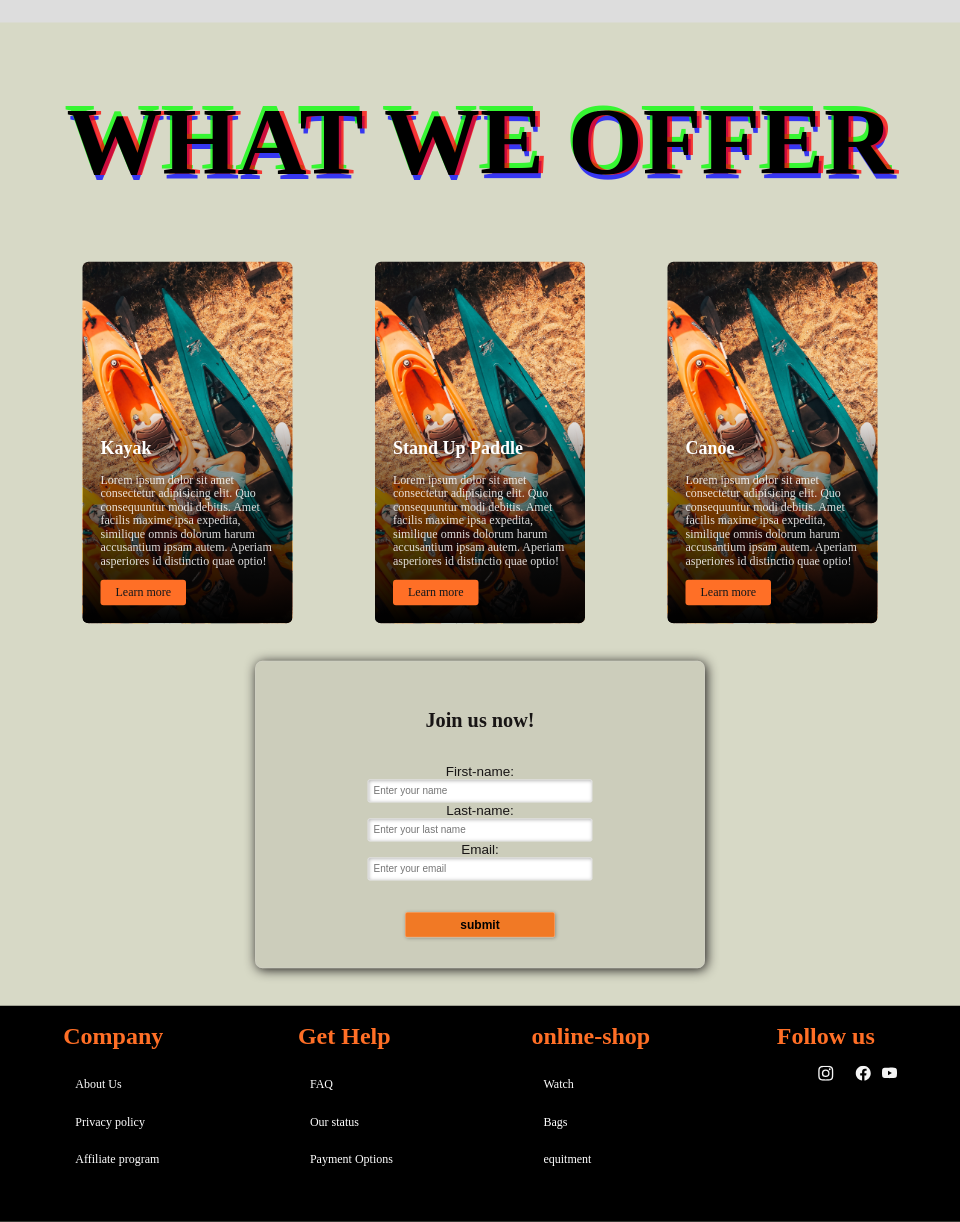
Repository: joseluis2289/Responsive-club-website
Page: index.html
These files come from the project's save history. The page is drawn as it stood at one moment and after the next save; the edit follows.
The browser window is 1280 px wide. The pictures show the part of the page from y = 1304 to 2933 px (the page is 2933 px tall), at 75% of full size.
Some web fonts or font styles are not loaded; a fallback is used.

Above is the page before, as saved 2021-08-25 10:05:18.

After the next save:
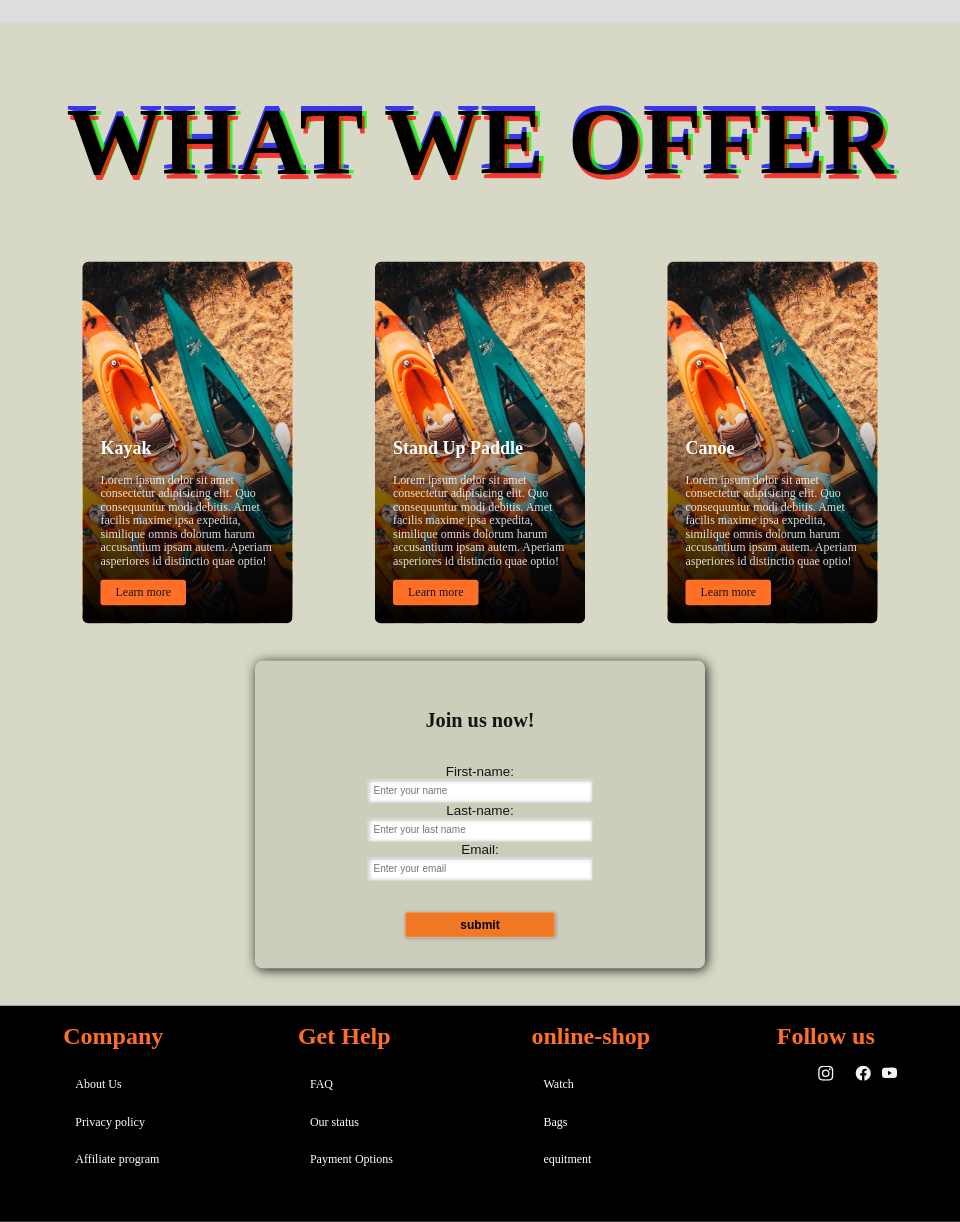
Saved 2 min 23 s later.
--- a/style.css
+++ b/style.css
@@ -250,14 +250,14 @@ position: relative;
         -0.025em -0.05em 0 rgba(0, 0, 255, 0.75);
     }
     50%{
-        text-shadow: 0.025em 0.05 rgba(255, 0,0, 0.75),
+        text-shadow: 0.025em 0.05em 0 rgba(255, 0,0, 0.75),
         0.05em 0 0 rgba(0, 255, 0, 0.75),
         0 -0.05em 0 rgba(0, 0, 255, 0.75);
     }
     99%{
-        text-shadow: 0.05em 0.025 rgba(255, 0,0, 0.75),
-        0.025em 0.05em 0 rgba(0, 255, 0, 0.75),
-        0.025em 0.05em 0 rgba(0, 0, 255, 0.75);
+        text-shadow: 0.025em 0.05em 0 rgba(255, 0,0, 0.75),
+        0.05em 0 0 rgba(0, 255, 0, 0.75),
+        0 -0.05em 0 rgba(0, 0, 255, 0.75);
     }
 }
 
